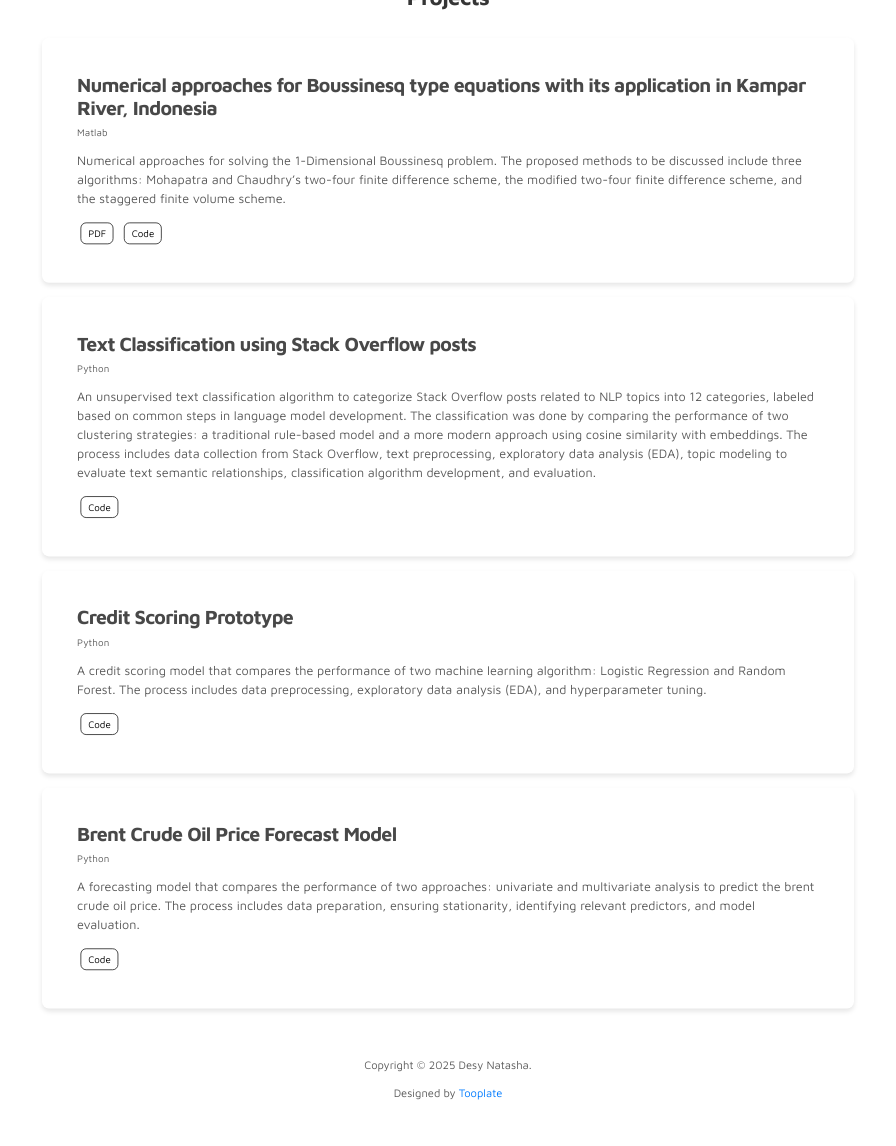
Repository: desy-natasha/desy-natasha.github.io
Page: index.html
These files come from the project's save history. The page is drawn as it stood at one moment and after the next save; the edit follows.
The browser window is 1280 px wide. The pictures show the part of the page from y = 3077 to 4997 px (the page is 4714 px tall before and 4997 px after), at 70% of full size.
A picture or video elsewhere on the page could not be fetched, so the positions and the page height are approximate.

Above is the page before, as saved 2025-05-04 18:59:32.

### index.html
<!doctype html>
<html lang="en">
  <head>
    <meta charset="utf-8">
    <meta name="viewport" content="width=device-width, initial-scale=1, shrink-to-fit=no">
    <meta name="description" content="">
    <meta name="author" content="">

    <title>Desy Natasha Haloho</title>

    <link rel="stylesheet" href="css/bootstrap.min.css">
    <link rel="stylesheet" href="css/unicons.css">
    <link rel="stylesheet" href="css/owl.carousel.min.css">
    <link rel="stylesheet" href="css/owl.theme.default.min.css">

    <!-- MAIN STYLE -->
    <link rel="stylesheet" href="css/tooplate-style.css">

<!--

Tooplate 2115 Marvel

https://www.tooplate.com/view/2115-marvel

-->
  </head>
  <body>

    <!-- MENU -->
    <nav class="navbar navbar-expand-sm navbar-light">
        <div class="container">
            <a class="navbar-brand" href="index.html"><i class='uil uil-user'></i> Desy Natasha Haloho</a>

            <button class="navbar-toggler" type="button" data-toggle="collapse" data-target="#navbarNav" aria-controls="navbarNav" aria-expanded="false"
                aria-label="Toggle navigation">
                <span class="navbar-toggler-icon"></span>
                <span class="navbar-toggler-icon"></span>
                <span class="navbar-toggler-icon"></span>
            </button>

            <div class="collapse navbar-collapse" id="navbarNav">
                <ul class="navbar-nav mx-auto">
                    <li class="nav-item">
                        <a href="#about" class="nav-link"><span data-hover="About">About</span></a>
                    </li>

                    <li class="nav-item">
                      <a href="#resume" class="nav-link"><span data-hover="Resume">Resume</span></a>
                    </li>

                    <li class="nav-item">
                        <a href="#project" class="nav-link"><span data-hover="Projects">Projects</span></a>
                    </li>
                </ul>

                <ul class="navbar-nav ml-lg-auto">
                    <div class="ml-lg-4">
                      <div class="color-mode d-lg-flex justify-content-center align-items-center">
                        <i class="color-mode-icon"></i>
                        Color mode
                      </div>
                    </div>
                </ul>
            </div>
        </div>
    </nav>

    <!--ABOUT-->
    <section class="about full-screen d-lg-flex justify-content-center align-items-center" id="about">
      <div class="container">
          <div class="row">

              <div class="col-lg-7 col-md-12 col-12 d-flex align-items-center">
                  <div class="about-text">
                      <h1 class="animated animated-text">
                          <span class="mr-2">Desy Natasha Haloho</span>
                      </h1>

                      <p>Master’s Student in Data Science at The University of Adelaide</p>



                      <div class="custom-btn-group mt-4">
                        <!-- Resume -->
                        <a href="assets/Desy Natasha Haloho - Resume.pdf" class="btn mr-lg-2 custom-btn"><i class='uil uil-file-alt'></i> My Resume</a>

                        <!-- Mail -->
                        <a class="icon-link" href="mailto:desynatasha123@gmail.com" target="_blank">
                          <img src="https://img.icons8.com/ios/50/000000/new-post.png" alt="Mail Icon" />
                        </a>

                        <!-- GitHub -->
                        <a class="icon-link" href="https://github.com/desy-natasha" target="_blank">
                          <img src="https://img.icons8.com/ios/50/000000/github.png" alt="GitHub Icon" />
                        </a>

                        <!-- LinkedIn -->
                        <a class="icon-link" href="https://www.linkedin.com/in/desynatasha/" target="_blank">
                          <img src="https://img.icons8.com/ios/50/000000/linkedin.png" alt="LinkedIn Icon" />
                        </a>
                      </div>


                  </div>
              </div>

              <div class="col-lg-3 col-md-4 col-6">
                  <div class="about-image svg">
                      <img src="assets/Photo Formal 4x6.png" class="about-image" alt="about image">
                  </div>
              </div>

          </div>

      </div>


  </section>


    <!-- DETAIL ABOUT -->
    <section class="about full-screen d-lg-flex justify-content-center align-items-center" id="about">
      <div class="container">
          <div class="row">

              <div class="col-md-12 col-12 d-flex align-items-center">
                  <div class="about-text">
                    <span class="mr-lg-2">
                      <h2>About</h2>
                      <p>Currently in my first year undertaking the Master’s in Data Science at the University of Adelaide. I have experience as a data analyst, with a background in consulting, data analysis and assessment, automation, machine learning, and visualization. </p>

                      <p>I hold a Bachelor’s degree in Mathematics and have experience in research and mathematical modeling. I embrace challenges with determination and actively seek opportunities in data science and analytics to collaborate on innovative projects.</p>
                    </span>
                  </div>
              </div>

          </div>
      </div>
    </section>

    <!-- RESUME -->
    <section class="resume py-5 d-lg-flex justify-content-center align-items-center" id="resume">
        <div class="container">
            <div class="row">

                <div class="col-lg-6 col-12">
                  <h2 class="mb-4">Experiences</h2>

                    <div class="timeline">
                        <div class="timeline-wrapper">
                             <div class="timeline-yr">
                                  <span>2024</span>
                             </div>
                             <div class="timeline-info">
                                  <h3><span>PricewaterhouseCoopers Indonesia<p>Data and Analytics Senior Associate</p></span></h3>
                                  <p>
                                    Led a client engagement team in analysis and workflow development for financial data assessment, while also collaborating to internal skill development and prototyping efforts to create solutions for potential clients.</p>
                             </div>
                        </div>

                        <div class="timeline-wrapper">
                            <div class="timeline-yr">
                                <span>2022</span>
                            </div>
                            <div class="timeline-info">
                                <h3><span><p>Data and Analytics Associate</p></span></h3>
                                <p>
                                  Collaborated in multiple client engagements focused on the development and deployment of automated data pipelines, financial statement consolidation, and data assessment.
                                  Also, contributed to various internal projects for prototyping and designing monitoring dashboards.</p>
                            </div>
                        </div>

                        <div class="timeline-wrapper">
                            <div class="timeline-yr">
                                <span>2022</span>
                            </div>
                            <div class="timeline-info">
                              <h3><span>Bitlabs Academy<p>Part-time Data Analyst Mentor</p></span></h3>
                                <p>
                                  Provided teaching and mentorship about data analysis using Python and BigQuery to final-year bachelor's students.</p>
                            </div>
                        </div>

                        <div class="timeline-wrapper">
                            <div class="timeline-yr">
                                <span>2022</span>
                            </div>
                            <div class="timeline-info">
                                <h3><span>PT Telkom Indonesia Tbk<p>Data Scientist Intern</p></h3>
                                <p>
                                  Contributed on various tasks, including optimizing user activity and crash analytics dashboards, performing sentiment analysis, and prototyping a product classification model.</p>
                            </div>
                        </div>

                        <div class="timeline-wrapper">
                          <div class="timeline-yr">
                              <span>2021</span>
                          </div>
                          <div class="timeline-info">
                              <h3><span>Bandung Institute of Technology<p>Research Assistant</p></h3>
                              <p>
                                Collaborated in writing a research paper and developing mathematical models to simulate dam-break waves and tidal bores.</p>
                          </div>
                      </div>

                    </div>
                </div>

                <div class="col-lg-6 col-12">
                  <h2 class="mb-4 mobile-mt-2">Educations</h2>

                    <div class="timeline">
                        <div class="timeline-wrapper">
                             <div class="timeline-yr">
                                  <span>Present</span>
                             </div>
                             <div class="timeline-info">
                              <h3><span>The University of Adelaide<p>Master of Data Science</p></span>
                                <span><p>Expected to graduate in September 2026.</p></span></h3>

                             </div>
                        </div>

                        <div class="timeline-wrapper">
                            <div class="timeline-yr">
                                <span>2022</span>
                            </div>
                            <div class="timeline-info">
                              <h3><span>Bandung Institute of Technology<p>Bachelor of Science: Mathematics</p></span>
                                <span><p>Graduated with Cum Laude Honors.</p></span></h3>

                            </div>
                        </div>

                    </div>
                </div>

            </div>
        </div>
    </section>

    <!-- PROJECTS -->
    <section class="projects-section" id="project">
      <h2 class="section-title">Projects</h2>
      <div class="box-section">
          <div class="box">
              <h3>Numerical approaches for Boussinesq type equations with its application in Kampar River, Indonesia</h3>
              <p class="small-text">Matlab</p>
              <p>Numerical approaches for solving the 1-Dimensional Boussinesq problem. The proposed methods to be discussed include three algorithms: Mohapatra and Chaudhry’s two-four finite difference scheme, the modified two-four finite difference scheme, and the staggered finite volume scheme.</p>
              <a href="https://doi.org/10.1016/j.matcom.2023.05.002" class="btn button-project btn-outline-primary">PDF</a>
              <a href="https://github.com/desy-natasha/boussinesq" class="btn button-project btn-outline-primary">Code</a>
          </div>
          <div class="box">
            <h3>Text Classification using Stack Overflow posts</h3>
            <p class="small-text">Python</p>
            <p>An unsupervised text classification algorithm to categorize Stack Overflow posts related to NLP topics into 12 categories, labeled based on common steps in language model development. The classification was done by comparing the performance of two clustering strategies: a traditional rule-based model and a more modern approach using cosine similarity with embeddings. The process includes data collection from Stack Overflow, text preprocessing, exploratory data analysis (EDA), topic modeling to evaluate text semantic relationships, classification algorithm development, and evaluation.</p>
            <a href="https://github.com/desy-natasha/nlp_text_classification" class="btn button-project btn-outline-primary">Code</a>
        </div>
          <div class="box">
              <h3>Credit Scoring Prototype</h3>
              <p class="small-text">Python</p>
              <p>A credit scoring model that compares the performance of two machine learning algorithm: Logistic Regression and Random Forest. The process includes data preprocessing, exploratory data analysis (EDA), and hyperparameter tuning.</p>
              <a href="https://github.com/desy-natasha/credit_scoring" class="btn button-project btn-outline-primary">Code</a>
          </div>
          <div class="box">
              <h3>Brent Crude Oil Price Forecast Model</h3>
              <p class="small-text">Python</p>
              <p>A forecasting model that compares the performance of two approaches: univariate and multivariate analysis to predict the brent crude oil price. The process includes data preparation, ensuring stationarity, identifying relevant predictors, and model evaluation.</p>
              <a href="https://github.com/desy-natasha/crude_oil_forecast" class="btn button-project btn-outline-primary">Code</a>
          </div>
      </div>
  </section>

    <!-- FOOTER -->
     <footer class="footer py-5">
          <div class="container">
               <div class="row">

                    <div class="col-lg-12 col-12">
                        <p class="copyright-text text-center">Copyright &copy; 2025 Desy Natasha.</p>
                        <p class="copyright-text text-center">Designed by <a rel="nofollow" href="http://toolplate.com">Tooplate</a></p>
                    </div>

               </div>
          </div>
     </footer>

    <script src="js/jquery-3.3.1.min.js"></script>
    <script src="js/popper.min.js"></script>
    <script src="js/bootstrap.min.js"></script>
    <script src="js/Headroom.js"></script>
    <script src="js/jQuery.headroom.js"></script>
    <script src="js/owl.carousel.min.js"></script>
    <script src="js/smoothscroll.js"></script>
    <script src="js/custom.js"></script>

  </body>
</html>

Loaded but not shown: css/bootstrap.min.css (library); css/owl.carousel.min.css (library); css/owl.theme.default.min.css (common file); js/jquery-3.3.1.min.js (library); js/popper.min.js (library); js/bootstrap.min.js (library); js/Headroom.js (library); js/jQuery.headroom.js (common file); js/owl.carousel.min.js (library); js/smoothscroll.js (33 lines, source omitted); js/custom.js (36 lines, source omitted); css/unicons.css (1058 lines, source omitted); css/tooplate-style.css (637 lines, source omitted)

After the next save:
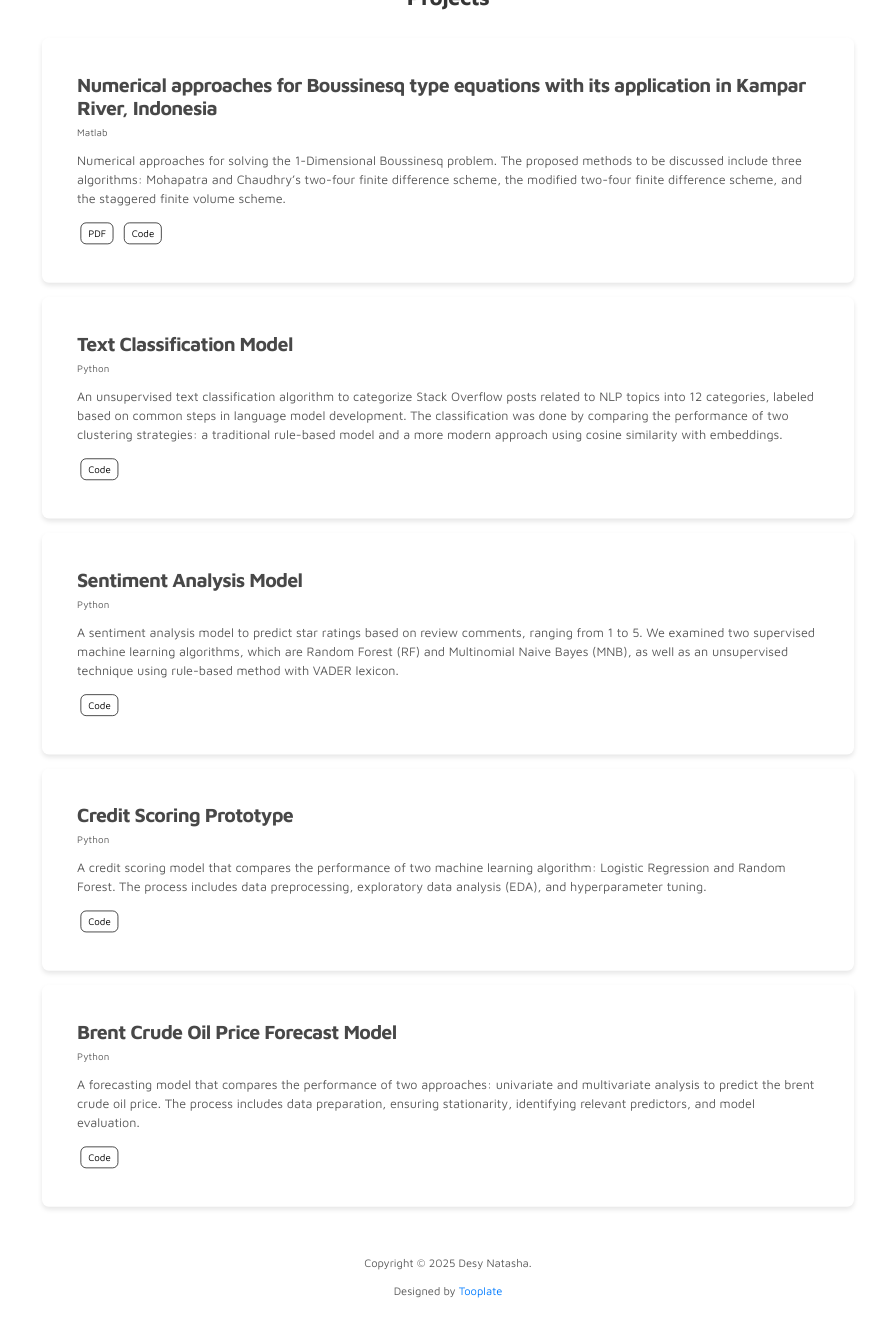
Saved 2 h 49 min later.
--- a/index.html
+++ b/index.html
@@ -251,11 +251,17 @@ https://www.tooplate.com/view/2115-marvel
               <a href="https://github.com/desy-natasha/boussinesq" class="btn button-project btn-outline-primary">Code</a>
           </div>
           <div class="box">
-            <h3>Text Classification using Stack Overflow posts</h3>
+            <h3>Text Classification Model</h3>
             <p class="small-text">Python</p>
-            <p>An unsupervised text classification algorithm to categorize Stack Overflow posts related to NLP topics into 12 categories, labeled based on common steps in language model development. The classification was done by comparing the performance of two clustering strategies: a traditional rule-based model and a more modern approach using cosine similarity with embeddings. The process includes data collection from Stack Overflow, text preprocessing, exploratory data analysis (EDA), topic modeling to evaluate text semantic relationships, classification algorithm development, and evaluation.</p>
+            <p>An unsupervised text classification algorithm to categorize Stack Overflow posts related to NLP topics into 12 categories, labeled based on common steps in language model development. The classification was done by comparing the performance of two clustering strategies: a traditional rule-based model and a more modern approach using cosine similarity with embeddings.</p>
             <a href="https://github.com/desy-natasha/nlp_text_classification" class="btn button-project btn-outline-primary">Code</a>
-        </div>
+          </div>
+          <div class="box">
+            <h3>Sentiment Analysis Model</h3>
+            <p class="small-text">Python</p>
+            <p>A sentiment analysis model to predict star ratings based on review comments, ranging from 1 to 5. We examined two supervised machine learning algorithms, which are Random Forest (RF) and Multinomial Naive Bayes (MNB), as well as an unsupervised technique using rule-based method with VADER lexicon.</p>
+            <a href="https://github.com/desy-natasha/nlp_sentiment_analysis " class="btn button-project btn-outline-primary">Code</a>
+          </div>
           <div class="box">
               <h3>Credit Scoring Prototype</h3>
               <p class="small-text">Python</p>
